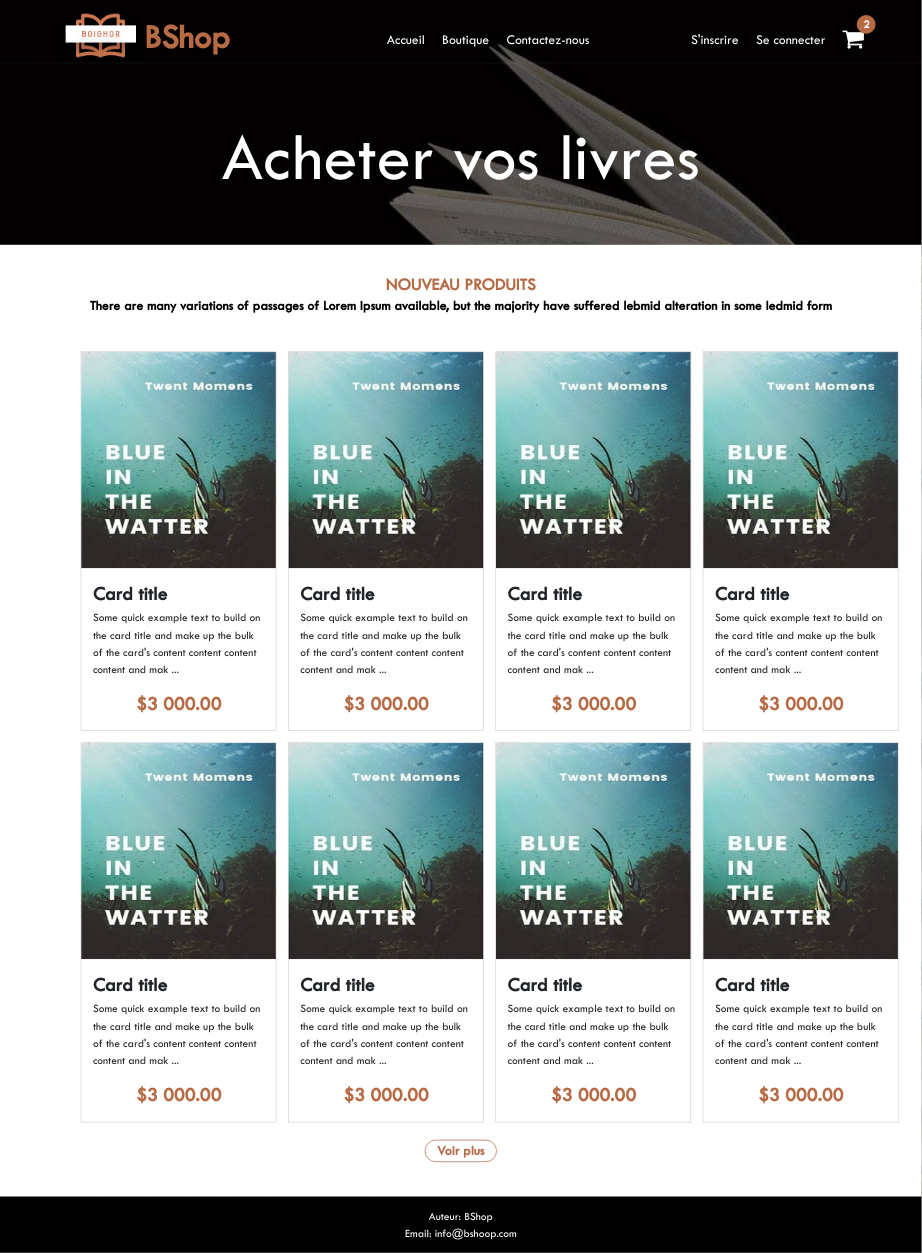
Repository: padevft/e-commerce-php
Page: http://localhost/
These files come from the project's save history. The page is drawn as it stood at one moment and after the next save; the edit follows.
The browser window is 1280 px wide. The pictures show the whole page, at 72% of full size.
The page is run by PHP 8.4 with error messages shown; the project is at /var/www/html/.

Above is the page before, as saved 2023-09-18 02:32:00.

### index.php
<?php
require_once('server/includes/utilitaires.inc.php');
?>
<!DOCTYPE html>
<html lang="en">

<head>
  <meta charset="UTF-8" />
  <meta name="viewport" content="width=device-width, initial-scale=1.0" />
  <title>Boutique en ligne</title>

  <link rel="stylesheet" href="client/css/styles.css">
  <link rel="stylesheet" href="client/utilitaires/bootstrap/css/bootstrap.min.css">
  <link rel="stylesheet" href="client/utilitaires/font-awesome-4.7.0/css/font-awesome.min.css">

</head>


<body>
  <div class="container-app">
    <?php
    require_once('server/includes/header.inc.php');
    ?>
    <main>
      <div class="d-flex align-items-center justify-content-center pt-5 container-intro">
        <span class="text-intro">
          Acheter vos livres
        </span>
      </div>
      <div class="container-products">
        <div class="d-flex flex-column align-items-center justify-content-center gap-2">
          <span class="text-intro-1"> NOUVEAU PRODUITS</span>
          <span class="text-intro-2">There are many variations of passages of Lorem Ipsum available, but the majority have suffered lebmid alteration in some ledmid form
          </span>
        </div>
        <?php
        $products = getProducts();
        ?>
        <div class="content-products">
          <div class="grid-products">
            <?php foreach ($products as $product) : ?>
              <?= getHtmlProucut($product) ?>
            <?php endforeach; ?>
          </div>
        </div>
        <div class="d-flex align-items-center justify-content-center pt-4">
          <a href="./index.php" class="view-plus px-3">Voir plus</a>
        </div>
      </div>
  </div>
  </main>
  <?php
  require_once('server/includes/footer.inc.php');
  ?>
  <script src="client/utilitaires/Jquery/jquery-3.6.0.min.js"></script>
  <script src="client/utilitaires/bootstrap/js/bootstrap.min.js"></script>
</body>

</html>

### server/includes/utilitaires.inc.php
<?php

function getProducts()
{
    $liste = array();
    $liste[0] = 1;
    $liste[1] = 1;
    $liste[2] = 1;
    $liste[3] = 1;
    $liste[4] = 1;
    $liste[5] = 1;
    $liste[6] = 1;
    $liste[7] = 1;
    return $liste;
}

$des = 'Some quick example text to build on the card title and make up the bulk of the card\'s content content content content and make up the bulk of the card and make up the bulk of the card and make up the bulk of the card. ';


function getSubDescription($inputString)
{
    if (strlen($inputString) <= 125) {
        return $inputString;
    }
    $result = substr($inputString, 0, 125) . ' ...';
    return $result;
}

function formatPrice($price)
{
    return number_format($price, 2, '.', ' ');
}


function getHtmlProucut($product)
{
    global $des;
    $html = <<<HTML
    <div class="card position-relative item-product">
        <img src="client/images/p-3.jpg" alt="...">
        <div class="card-body">
            <span class="card-title title-product">Card title</span>
    HTML;
    $html .= '<p class="card-text text-des">' . getSubDescription($des) . '</p>';
    $html .= '<div class="d-flex justify-content-center"><span class="text-price">$' . formatPrice(3000) . '</span></div>';
    $html .= <<<HTML
        </div>
        <div class="hover-product">
            <div class="options">
                <div class="icons-options">
                    <a href="#" class="icon">
                        <i class="fa fa-shopping-cart"></i>
                    </a>
                    <a href="#" class="icon">
                        <i class="fa fa-eye"></i>
                    </a>
                </div>
            </div>
        </div>
    </div>
    HTML;

    return $html;
}

### server/includes/header.inc.php
<header>
    <nav class="container-nav">
        <div class="row align-items-center">
            <div class="col-12 col-sm-4">
                <div class="d-flex flex-row align-items-center">
                    <a class="container-logo" href="./index.html">
                        <img src="client/images/logo.png" />
                    </a>
                    <span class="text-logo">BShop</span>
                </div>
            </div>
            <div class="col-md-4">
                <div class="container-menu mt-2">
                    <ul class="d-flex flex-row align-items-center justify-content-end gap-4 menu">
                        <li><a href="./index.html" class="menu-item">Accueil</a></li>
                        <li><a href="./index.html" class="menu-item">Boutique</a></li>
                        <li><a href="./index.html" class="menu-item">Contactez-nous</a></li>
                    </ul>
                </div>
            </div>
            <div class="col-6 col-md-4">
                <div class="d-flex align-items-center gap-4 justify-content-end mt-2">
                    <div class="container-menu">
                        <ul class="d-flex align-items-center gap-4 menu">
                            <li> <a href="./index.html" class="menu-item">S'inscrire</a></li>
                            <li> <a href="./index.html" class="menu-item">Se connecter</a></li>
                        </ul>

                    </div>
                    <div class="position-relative container-shopping-cart">
                        <span><i class="fa fa-shopping-cart shopping-cart"></i></span>
                        <span class="position-absolute number-product">2</span>
                    </div>
                </div>

            </div>

        </div>
    </nav>
</header>

### server/includes/footer.inc.php
<footer>
    <div class="container-footer">
        <span>Auteur: BShop</span>
        <span>Email: info@bshoop.com</span>
    </div>

</footer>

### client/css/styles.css
/* var text-decoration */
@font-face {
  font-family: myfont;
  src: url(../utilitaires/fonts/ufonts.com_tw-cen-mt.ttf);
}

:root {
  --color-primary: #b76b45;
  --color-white-1: #fff;
  --color-bg-1: rgba(0, 0, 0, 0.366);
}

* {
  transition: all 0.5s ease;
}

body {
  font-family: myfont !important;
}
h1 {
  display: inline-flex;
  position: relative;
  cursor: pointer;
}

a {
  color: unset;
  outline: unset;
  text-decoration: none !important;
}

.container-app {
  background-image: url("../images/5.jpg");
  background-repeat: no-repeat;
  background-size: cover;
}
ul {
  list-style-type: none; /* Retire les puces */
}

/*

****************************
Header
****************************

*/

header {
  padding-top: 15px;
  padding-bottom: 10px;
}

header ul {
  margin: 0 !important;
}
.container-nav {
  padding: 0 5rem;
  border-bottom: 1px solid rgba(255, 255, 255, 0.1);
}
.container-logo {
  width: 120px;
  height: 65px;
}
.container-logo img {
  width: 100%;
  height: 100%;
}
.text-logo {
  font-size: 3rem;
  font-weight: bold;
  color: var(--color-primary);
}
.menu-item {
  display: inline;
  position: relative;
  color: var(--color-white-1);
  padding-bottom: 5px;
  font-size: 1.2rem;
}

.menu-item:hover {
  color: var(--color-primary);
}
.menu-item::before {
  content: "";
  position: absolute;
  bottom: 0;
  left: 0;
  background: var(--color-primary);
  height: 2.5px;
  opacity: 1;
  visibility: visible;
  width: 0;
  -webkit-transition: 0.4s all ease-out;
  -o-transition: 0.4s all ease-out;
  transition: 0.4s all ease-out;
}
.menu-item:hover:before {
  width: 100%;
}

.number-product {
  bottom: 25px;
  font-weight: bold;
  color: var(--color-white-1);
  font-size: 1rem;
  height: 26px;
  line-height: 17px;
  width: 26px;
  background: var(--color-primary) none repeat scroll 0 0;
  border-radius: 100px;
  display: flex;
  justify-content: center;
  align-items: center;
  left: 20px;
}

.shopping-cart {
  color: var(--color-white-1);
  font-size: 2rem !important;
}
.container-shopping-cart:hover .shopping-cart {
  color: var(--color-primary);
  cursor: pointer;
  transform: scale(0.8);
}
.container-shopping-cart:hover .number-product {
  transform: scale(1.7);
  color: var(--color-primary);
  background: var(--color-white-1) none repeat scroll 0 0;
}
.text-intro {
  font-size: 6rem;
  color: var(--color-white-1);
}

/*

****************************
Main
****************************

*/

.container-intro {
  padding: 50px 0;
}
.container-products {
  background-color: var(--color-white-1);
  padding: 3rem 1rem;
}
.content-products {
  padding: 0 6rem;
}
.text-intro-1 {
  color: var(--color-primary);
  font-size: 1.5rem;
  font-weight: 700;
  line-height: 15px;
}

.text-intro-2 {
  color: #000;
  font-size: 1.2rem;
  font-weight: 700;
}

.grid-products {
  display: grid;
  grid-template-columns: repeat(4, 1fr);
  grid-gap: 1rem;
  padding-top: 3rem;
}

.item-product {
  cursor: pointer;
  width: 17rem;
  /* border: unset !important; */
  border-radius: unset !important;
}

.item-product .img-product {
  width: 100%;
  /* border-radius: 15px; */
}

.hover-product {
  width: 100%;
  height: 100%;
  background-color: var(--color-bg-1);
  position: absolute;
  left: 0;
  top: 0;
  /* border-radius: 0.375rem; */
  display: flex;
  justify-content: center;
  align-items: center;
  flex-direction: row;
  opacity: 0;
  transform: scale(0);
  transition: all 0.5s ease-in-out;
}

.item-product:hover .hover-product {
  opacity: 1;
  transform: scale(1);
}
.item-product img {
  width: 100%;
  height: 300px;
}

.hover-product span {
  color: white;
  font-weight: 500;
}

.title-product {
  font-weight: 800;
  font-size: 1.7rem !important;
}
.text-des {
  font-weight: 550;
}
.text-price {
  color: var(--color-primary);
  font-size: 1.7rem;
  font-weight: bold;
}
.options {
  transform: scaleX(0);
  transform-origin: top;
  transition: all 0.7s ease-in-out;
}

.item-product:hover .options {
  transform: scaleX(1);
}
.icons-options {
  display: flex;
  align-items: center;
  justify-content: center;
}

.icon {
  background-color: var(--color-primary);
  border-radius: 50%;
  width: 45px;
  height: 45px;
  display: flex;
  align-items: center;
  justify-content: center;
  margin: 0 1rem;
  cursor: pointer;
  transition: all 0.7s ease-in-out;
}

.icon:hover {
  background-color: var(--color-white-1);
}

.icon i {
  color: var(--color-white-1);
  font-size: 1.2rem;
}

.icon:hover i {
  color: var(--color-primary);
}

.view-plus{
  border: 1px solid var(--color-primary);
  color: var(--color-primary);
  background-color: var(--color-white-1);
  font-weight: 600;
  font-size: 1.2rem;
  border-radius: 15px;
  transition: all 0.7s cubic-bezier(0.68, -0.55, 0.265, 1.55);
}

.view-plus:hover{
  background-color: var(--color-primary);
  color: var(--color-white-1);
}


/*

****************************
footer
****************************

*/

footer {
  background-color: var(--color-white-1);
}
.container-footer {
  background-color: #000;
  display: flex;
  flex-direction: column;
  justify-content: center;
  align-items: center;
  padding: 15px 0;
}
.container-footer span {
  color: var(--color-white-1);
}

Loaded but not shown: client/utilitaires/bootstrap/css/bootstrap.min.css (library); client/utilitaires/font-awesome-4.7.0/css/font-awesome.min.css (library); client/utilitaires/Jquery/jquery-3.6.0.min.js (library); client/utilitaires/bootstrap/js/bootstrap.min.js (library)

After the next save:
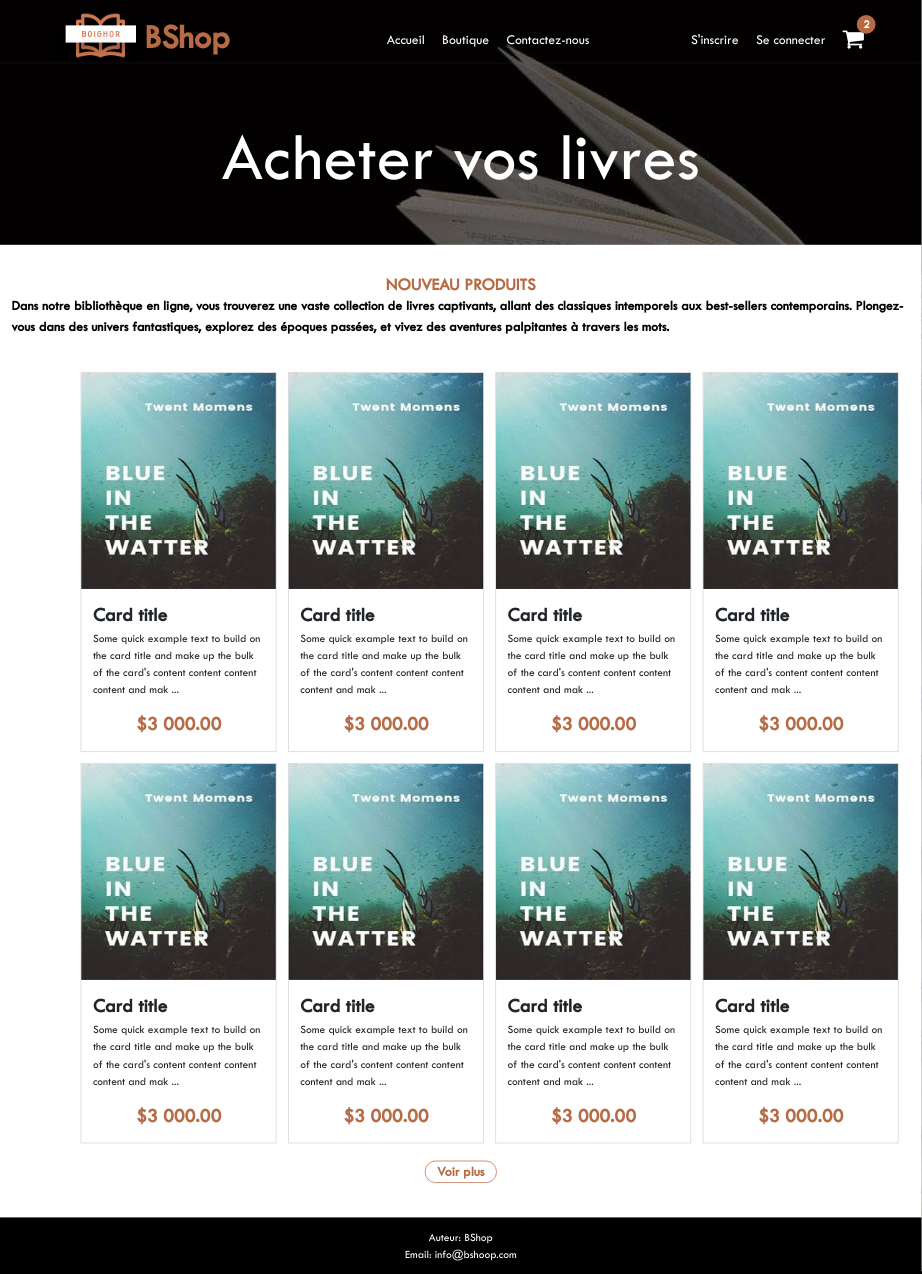
Saved 6 min 7 s later.
--- a/index.php
+++ b/index.php
@@ -30,7 +30,8 @@ require_once('server/includes/utilitaires.inc.php');
       <div class="container-products">
         <div class="d-flex flex-column align-items-center justify-content-center gap-2">
           <span class="text-intro-1"> NOUVEAU PRODUITS</span>
-          <span class="text-intro-2">There are many variations of passages of Lorem Ipsum available, but the majority have suffered lebmid alteration in some ledmid form
+          <span class="text-intro-2">
+            Dans notre bibliothèque en ligne, vous trouverez une vaste collection de livres captivants, allant des classiques intemporels aux best-sellers contemporains. Plongez-vous dans des univers fantastiques, explorez des époques passées, et vivez des aventures palpitantes à travers les mots.
           </span>
         </div>
         <?php
